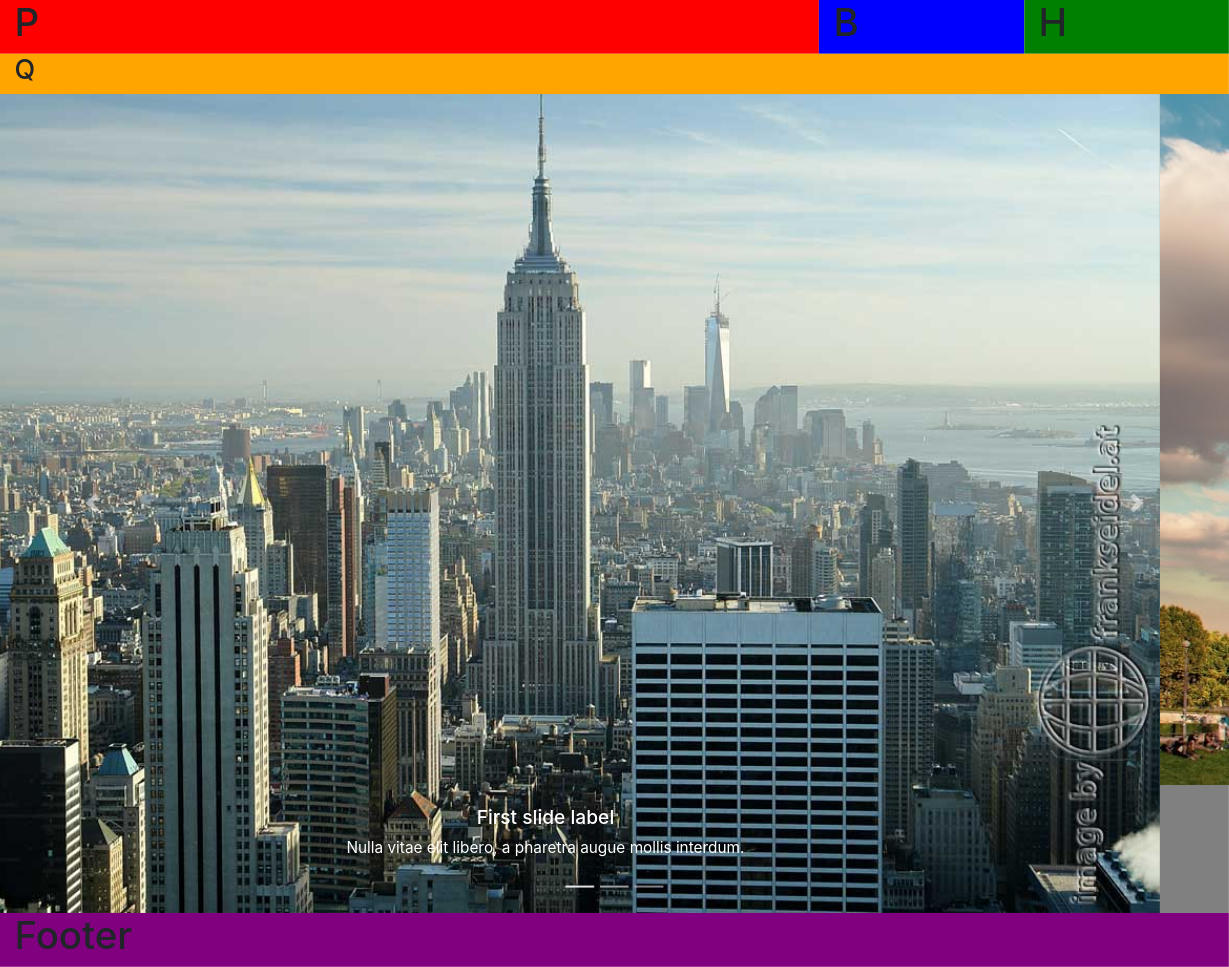
Repository: Brad000/PlanAway-Project
Page: index.html
The author's editor kept a record of every edit. The page is drawn from the files as they stood at one moment, then again after the next edit.
The browser window is 1280 px wide. The pictures show the whole page, at 96% of full size.
Some web libraries are served in a nearby version.

Above is the page before.

### index.html
<!DOCTYPE html>
<html lang="en">

<head>
    <meta charset="UTF-8">
    <meta name="viewport" content="width=device-width, initial-scale=1.0">
    <meta http-equiv="X-UA-Compatible" content="ie=edge">
    <link rel="stylesheet" href="assets/css/style.css" type="text/css" />
    <link rel="stylesheet" href="https://stackpath.bootstrapcdn.com/bootstrap/4.4.1/css/bootstrap.min.css" integrity="sha384-Vkoo8x4CGsO3+Hhxv8T/Q5PaXtkKtu6ug5TOeNV6gBiFeWPGFN9MuhOf23Q9Ifjh" crossorigin="anonymous">
    <script src="https://code.jquery.com/jquery-3.4.1.slim.min.js" integrity="sha384-J6qa4849blE2+poT4WnyKhv5vZF5SrPo0iEjwBvKU7imGFAV0wwj1yYfoRSJoZ+n" crossorigin="anonymous"></script>
    <script src="https://cdn.jsdelivr.net/npm/popper.js@1.16.0/dist/umd/popper.min.js" integrity="sha384-Q6E9RHvbIyZFJoft+2mJbHaEWldlvI9IOYy5n3zV9zzTtmI3UksdQRVvoxMfooAo" crossorigin="anonymous"></script>
    <script src="https://stackpath.bootstrapcdn.com/bootstrap/4.4.1/js/bootstrap.min.js" integrity="sha384-wfSDF2E50Y2D1uUdj0O3uMBJnjuUD4Ih7YwaYd1iqfktj0Uod8GCExl3Og8ifwB6" crossorigin="anonymous"></script>
    <script src="https://kit.fontawesome.com/5655c570e1.js" crossorigin="anonymous"></script>
    <title>PlanAway - Plan your next vacation</title>
</head>

<body>

    <header class="container-fluid">
        <div class="row">
            <div class="col-12 col-md-8 a">
                <h1>P</h1>
            </div>
            <div class="col-6 col-md-2 b">
                <h1>B</h1>
            </div>
            <div class="col-6 col-md-2 c">
                <h1>H</h1>
            </div>
            <div class="col-12 d">
                <h3>Q</h3>
            </div>
        </div>
    </header>

    <section class="container-fluid" id="image">
        <div class="row no-gutters">
            <div class="col-12 image">
                <div id="carouselExampleCaptions" class="carousel slide" data-ride="carousel">
                    <ol class="carousel-indicators">
                        <li data-target="#carouselExampleCaptions" data-slide-to="0" class="active"></li>
                        <li data-target="#carouselExampleCaptions" data-slide-to="1"></li>
                        <li data-target="#carouselExampleCaptions" data-slide-to="2"></li>
                    </ol>
                    <div class="carousel-inner">
                        <div class="carousel-item active">
                            <img src="assets/images/new-york.jpg" class="d-block w-100" alt="...">
                            <div class="carousel-caption d-none d-md-block">
                                <h5>First slide label</h5>
                                <p>Nulla vitae elit libero, a pharetra augue mollis interdum.</p>
                            </div>
                        </div>
                        <div class="carousel-item">
                            <img src="assets/images/paris.jpg" class="d-block w-100" alt="...">
                            <div class="carousel-caption d-none d-md-block">
                                <h5>Second slide label</h5>
                                <p>Lorem ipsum dolor sit amet, consectetur adipiscing elit.</p>
                            </div>
                        </div>
                        <div class="carousel-item">
                            <img src="assets/images/tokyo.jpg" class="d-block w-100" alt="...">
                            <div class="carousel-caption d-none d-md-block">
                                <h5>Third slide label</h5>
                                <p>Praesent commodo cursus magna, vel scelerisque nisl consectetur.</p>
                            </div>
                        </div>
                    </div>
                    <a class="carousel-control-prev" href="#carouselExampleCaptions" role="button" data-slide="prev">
    <span class="carousel-control-prev-icon" aria-hidden="true"></span>
    <span class="sr-only">Previous</span>
  </a>
                    <a class="carousel-control-next" href="#carouselExampleCaptions" role="button" data-slide="next">
    <span class="carousel-control-next-icon" aria-hidden="true"></span>
    <span class="sr-only">Next</span>
  </a>
                </div>
            </div>
        </div>
    </section>
<footer class="container-fluid">
    <div class="row">
        <div class="col-12 footer">
            <h1>Footer</h1>
        </div>
    </div>
</footer>



</body>

</html>

### assets/css/style.css
.a {
    background-color: red;

}

.b {
    background-color: blue;
}

.c {
    background-color: green;
}

.d {
    background-color: orange;
}

.image {
    background-color: gray;
}

#image {
    padding: 0;
}

.footer {
    background-color: purple;
}

After the next edit:
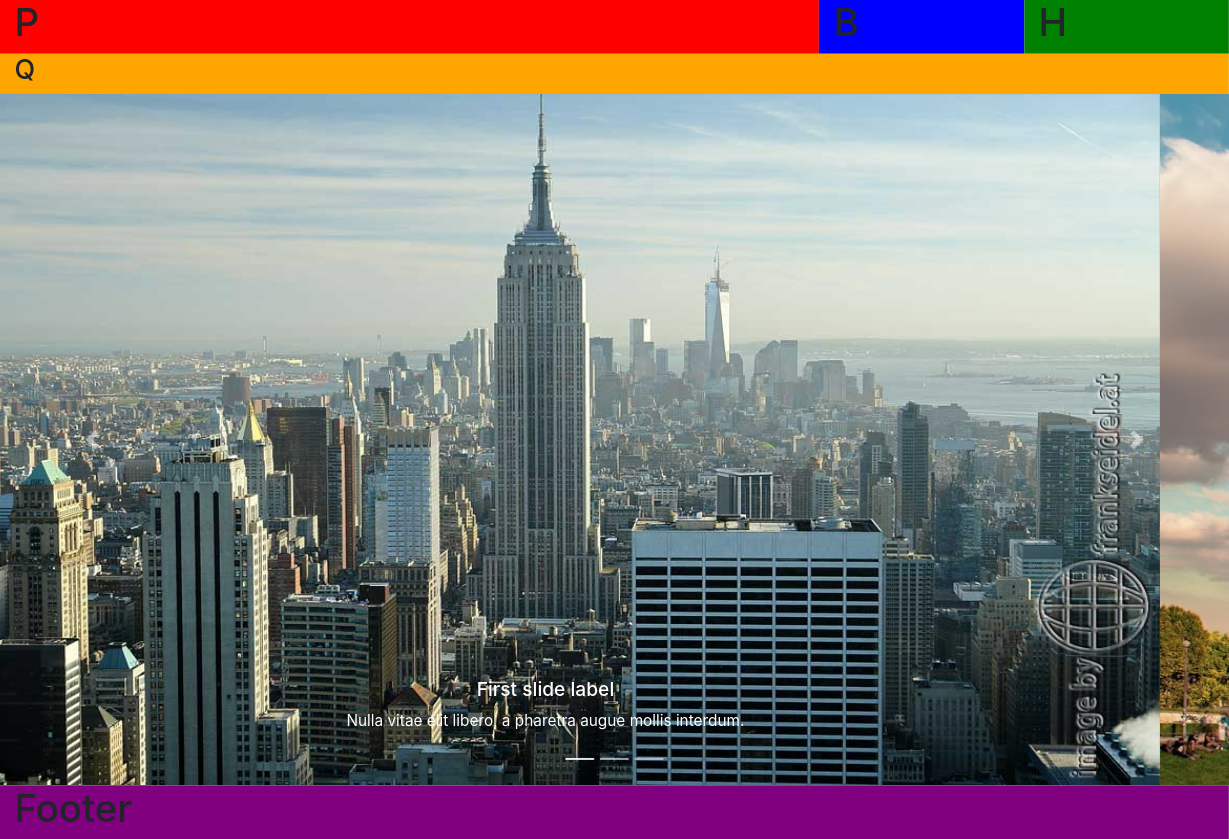
The edit:
--- a/assets/css/style.css
+++ b/assets/css/style.css
@@ -26,3 +26,7 @@
 .footer {
     background-color: purple;
 }
+
+img {
+    height: 100vh;
+}
